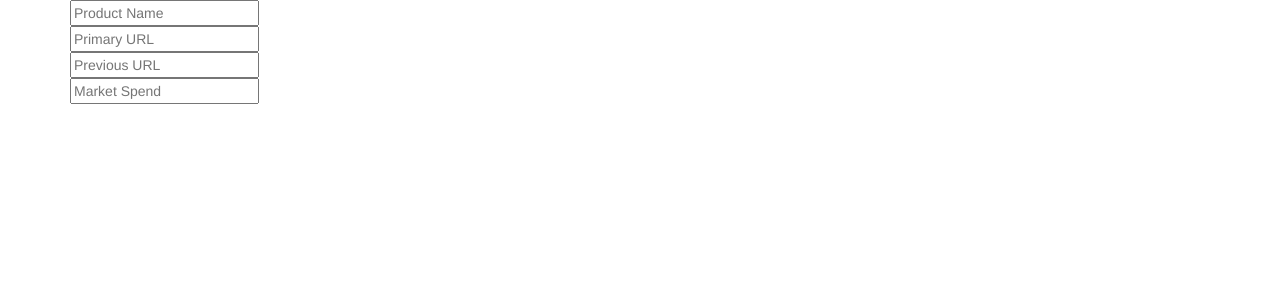
Repository: aneeshsingh/workspace
Page: http://localhost/analytics/add-product
These files come from the project's save history. The page is drawn as it stood at one moment and after the next save; the edit follows.
The browser window is 1280 px wide. The pictures show the whole page.
The page is served by Tomcat 9.

Above is the page before, as saved 2016-03-07 03:39:58.

After the next save:
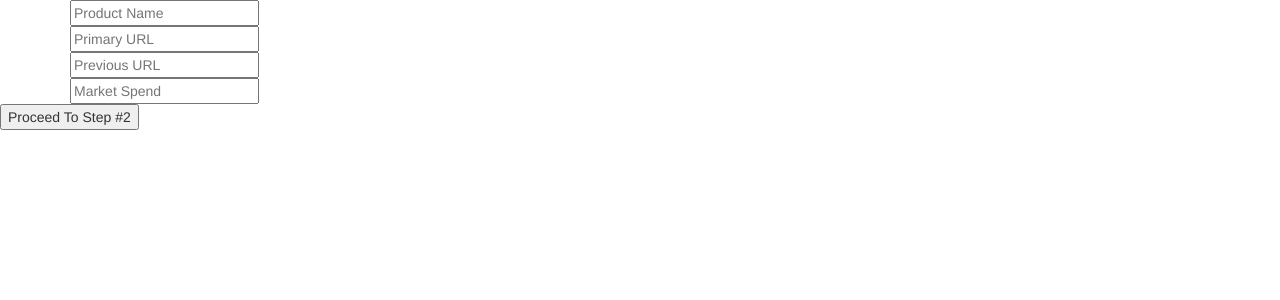
Saved 59 s later.
--- a/analytics/war/Add_Product_Page_1.jsp
+++ b/analytics/war/Add_Product_Page_1.jsp
@@ -70,6 +70,7 @@
 
 	</div>
 
+	<input type="submit" value="Proceed To Step #2" />
 
 </form>
 
